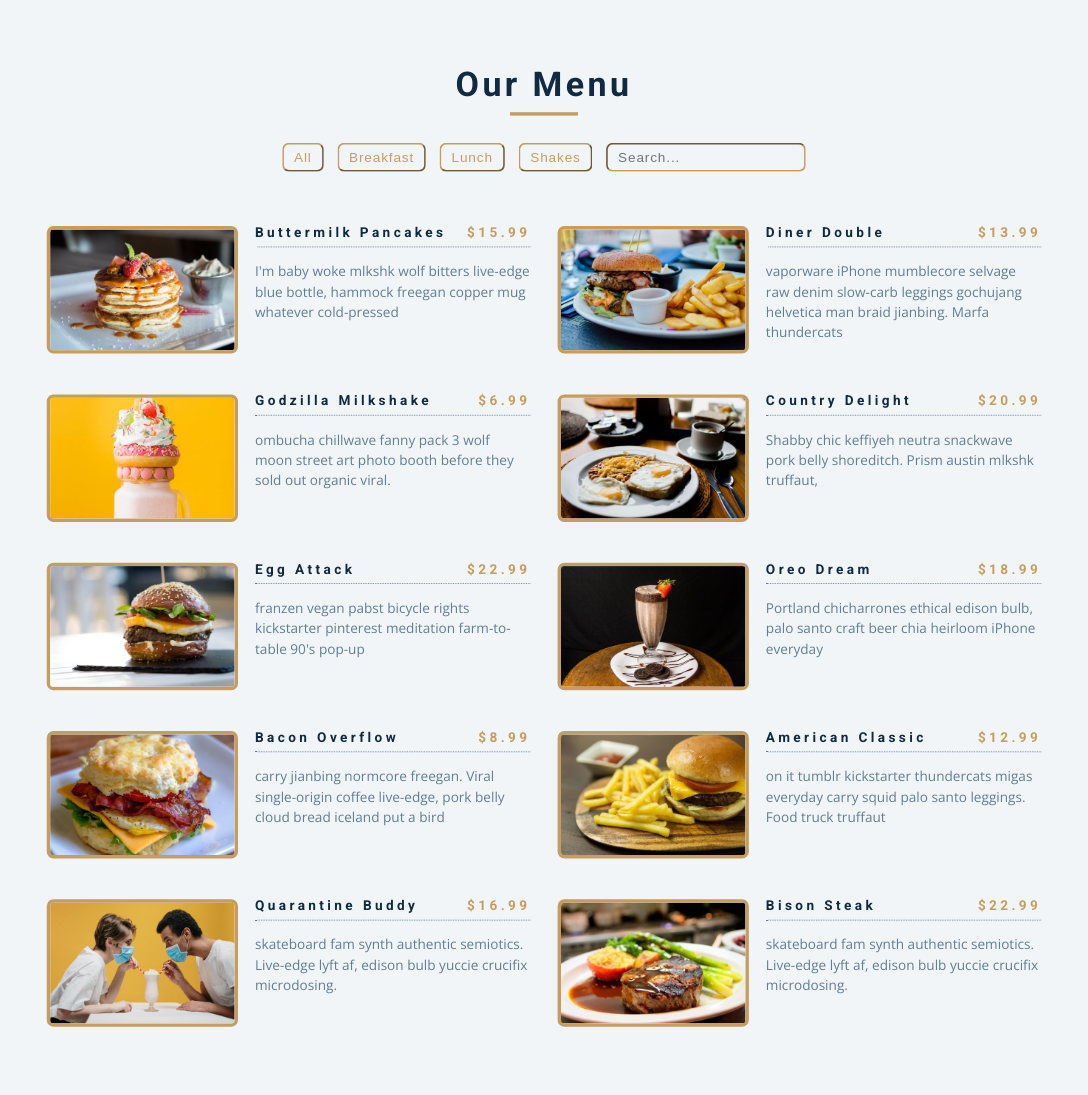
Repository: AnahitKhechumyan/MENUFILTER
Page: index.html
These files come from the project's save history. The page is drawn as it stood at one moment and after the next save; the edit follows.
The browser window is 1280 px wide. The pictures show the whole page, at 85% of full size.
Some web libraries are served in a nearby version.

Above is the page before, as saved 2022-02-17 23:52:45.

After the next save:
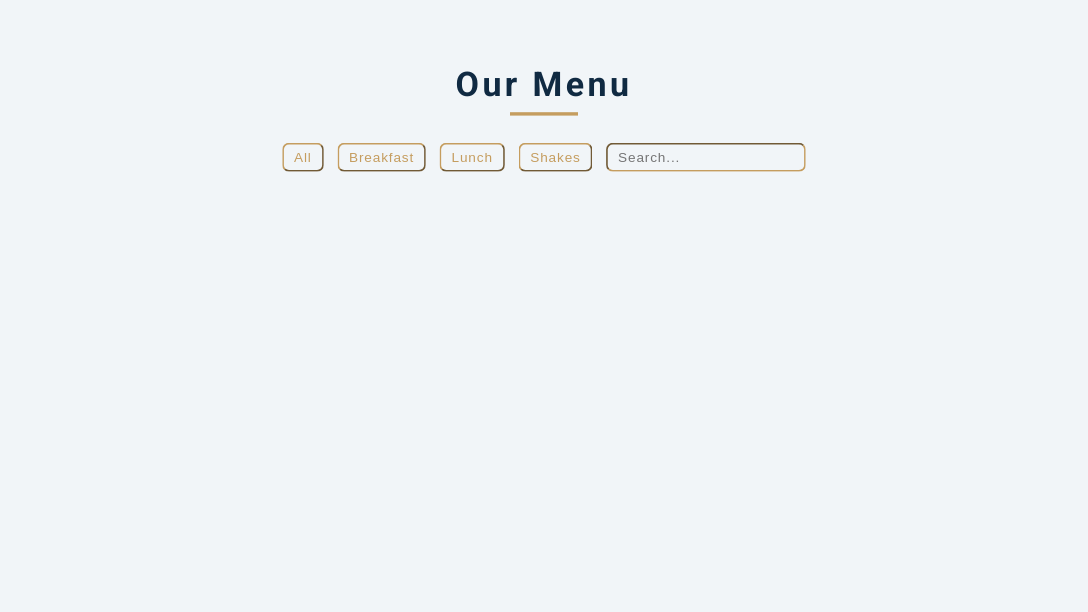
Console error: SyntaxError: Unexpected strict mode reserved word
Saved 32 min 44 s later.
--- a/app.js
+++ b/app.js
@@ -60,8 +60,19 @@ let searchText = "";
 let search = document.querySelector("input");
 search.addEventListener("keyup", (e)=>{
   searchText = e.target.value;
+  refresh();
   let searchArr = menu.filter(item=>{
     return item.desc.indexOf(searchText) !==-1;
   })
   displayMenuItems(searchArr);
-})
+});
+
+let = id;
+function refresh(){
+  if(id !== undefined){
+    clearTimeout(id);
+  }
+  id = setTimeout(()=>{
+    displayMenuItems(searchArr);
+  },3000);
+}
